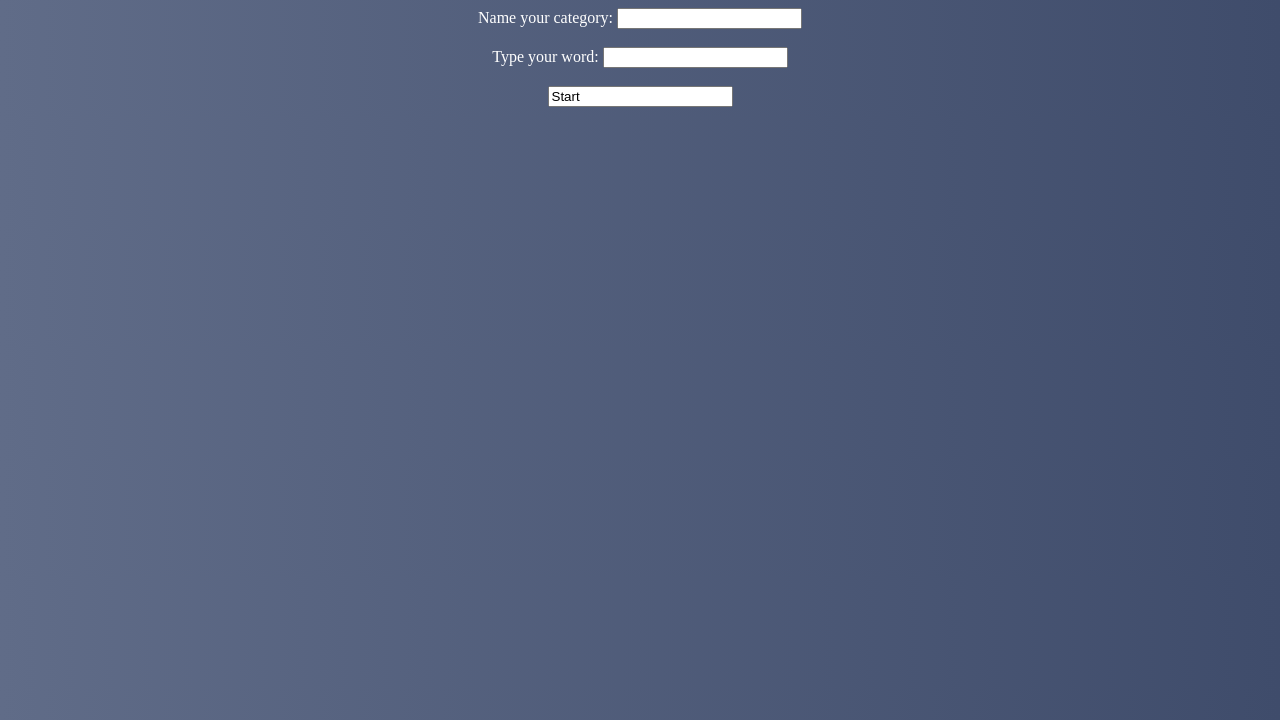
Repository: Darkingfired/Game
Page: index.html
An editor plug-in stored every save of this project. The page is shown before and after the next save, followed by the edit.
The browser window is 1280 px wide. The pictures show the whole page.

Above is the page before, as saved 2022-09-04 14:44:55.
Console error: ReferenceError: readLine is not defined

### index.html
<!DOCTYPE html>
<html lang="en">
  <head>
    <title>Hangman Game</title>
    <meta charset="UTF-8" />
    <meta http-equiv="X-UA-Compatible" content="IE=edge" />
    <meta name="viewport" content="width=device-width, initial-scale=1.0" />
    <link rel="stylesheet" href="style.css" />
    <script defer src="script.js"></script>
  </head>
  <body>
    <form action="/action_page.php" method="get">
      <label for="fname">Name your category:</label>
      <input type="text" id="fname" name="fname"><br><br>
      <label for="lname">Type your word:</label>
      <input type="text" id="lname" name="lname"><br><br>
      <input type="Start" value="Start">
    </form>
    <!-- <button class="button button4"><a>click here</a></button> -->
  </body>
</html>

### style.css
body {
  /** background-image: linear-gradient(to right, #f46b45, #eea849); */
  background-image: linear-gradient(to right, #606c88, #3f4c6b);
  color: white;
  text-align: center;
}
.wrapper {
  width: fit-content;
  margin: auto;
}
.hint-div {
  display: flex;
  color: chartreuse;
}
.hint-button,
.reset-button,
.notification-button {
  cursor: pointer;
}
.reset-button {
  margin-left: auto;
}
.alpha {
  width: 2rem;
  height: 2rem;
  background: #ffe5b4;
  border: none;
  border-radius: 4px;
  margin: 3px;
  cursor: pointer;
}
.alpha:hover {
  background-color: #e75480;
  border: none;
}
.disabled {
  pointer-events: none;
  background-color: darkgray;
}

.word-div {
  display: inline-flex;
}
.word {
  margin-right: 1.5rem;
}
.notification {
  position: absolute;
  top: 50%;
  left: 50%;
  transform: translate(-50%, -50%);
  background: #fc6c85;
  width: 20rem;
  padding: 20px 10px;
  border-radius: 4px;
  box-shadow: 3px 3px 1px 1px rgba(0, 0, 0, 0.2);
}
.blur {
  filter: blur(2px);
}
.hidden {
  display: none;
}

### script.js
// import React from 'react';


var input_user;
readLine(prompt);

After the next save:
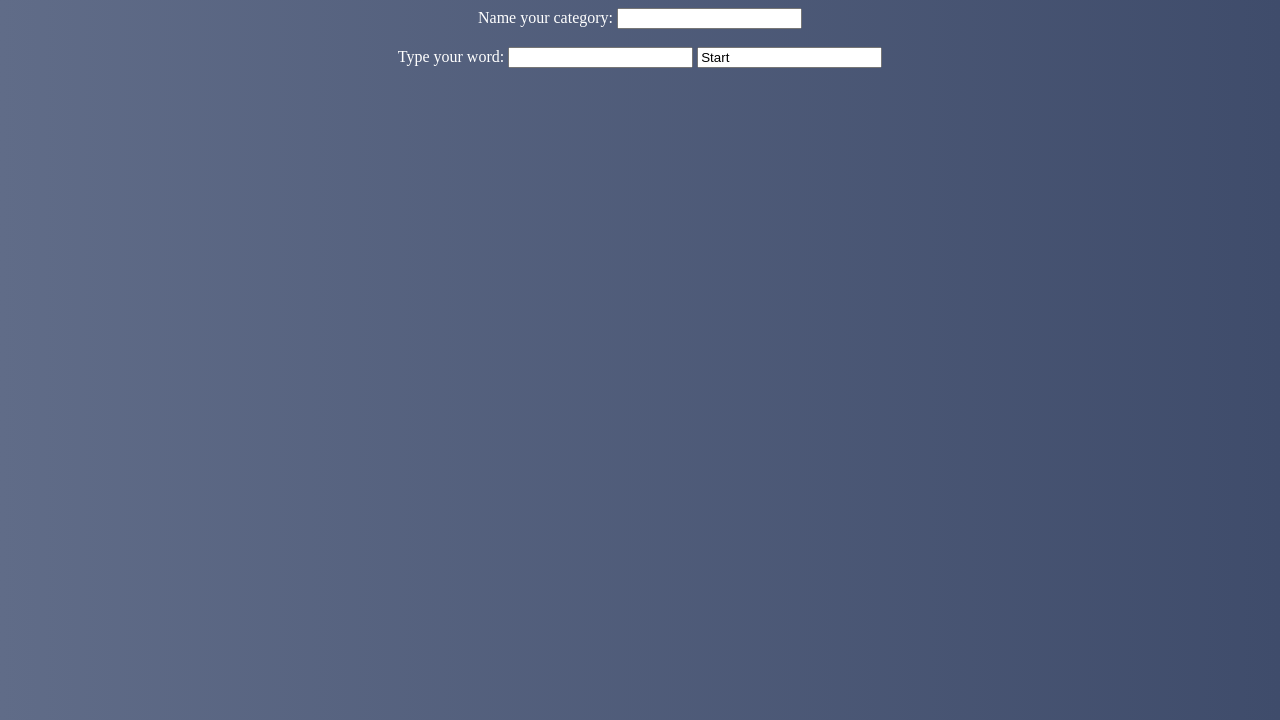
Saved 4 s later.
--- a/index.html
+++ b/index.html
@@ -13,7 +13,7 @@
       <label for="fname">Name your category:</label>
       <input type="text" id="fname" name="fname"><br><br>
       <label for="lname">Type your word:</label>
-      <input type="text" id="lname" name="lname"><br><br>
+      <input type="text" id="lname" name="lname">
       <input type="Start" value="Start">
     </form>
     <!-- <button class="button button4"><a>click here</a></button> -->

After the 4 saves that followed:
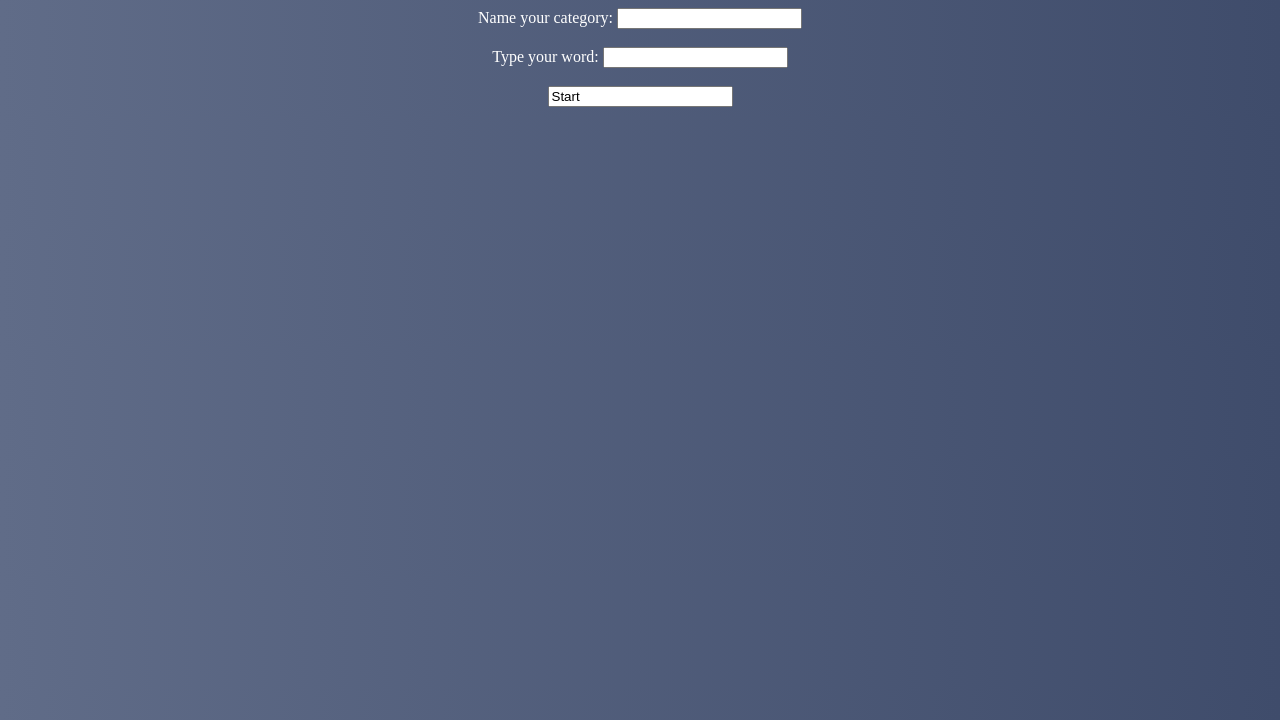
The 4 saves are shown as one change because they came seconds apart.
The last was saved 49 s later.
--- a/index.html
+++ b/index.html
@@ -13,7 +13,7 @@
       <label for="fname">Name your category:</label>
       <input type="text" id="fname" name="fname"><br><br>
       <label for="lname">Type your word:</label>
-      <input type="text" id="lname" name="lname">
+      <input type="text" id="lname" name="lname"><br><br>
       <input type="Start" value="Start">
     </form>
     <!-- <button class="button button4"><a>click here</a></button> -->
